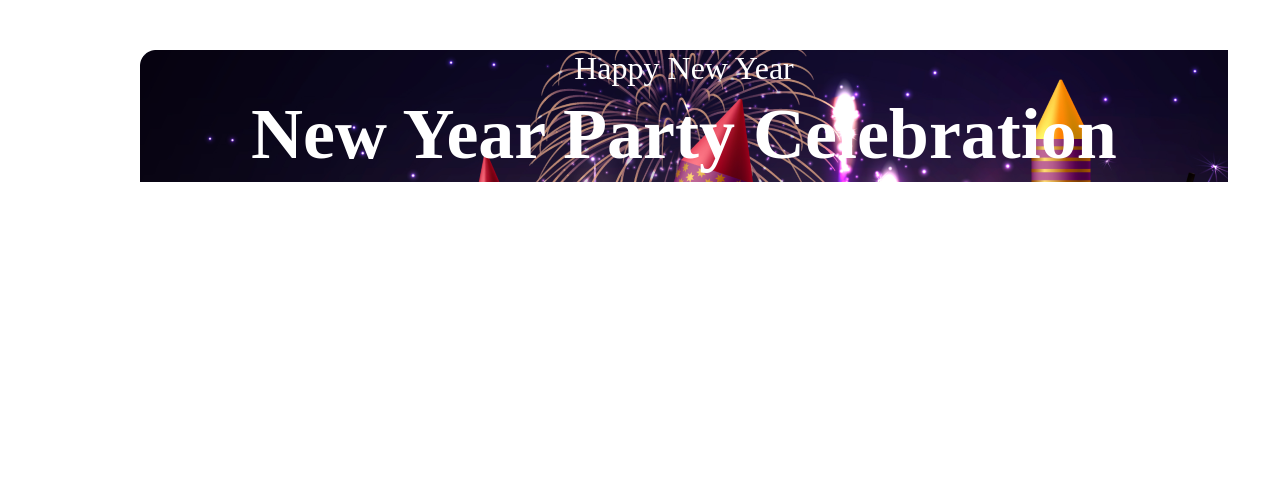
Repository: sumonkumarsarkar/new-year-2024
Page: index.html
These files come from the project's save history. The page is drawn as it stood at one moment and after the next save; the edit follows.
The browser window is 1280 px wide. The pictures show the whole page.

Above is the page before, as saved 2024-01-08 09:55:23.

### index.html
<!DOCTYPE html>
<html lang="en">
<head>
    <meta charset="UTF-8">
    <meta name="viewport" content="width=device-width, initial-scale=1.0">
    <title>Happy Nwe Year-2024</title>
    <link rel="preconnect" href="https://fonts.googleapis.com">
<link rel="preconnect" href="https://fonts.gstatic.com" crossorigin>
<link href="https://fonts.googleapis.com/css2?family=Inter:wght@100;200;300;500;600;700&display=swap" rel="stylesheet">
    <link rel="stylesheet" href="/style.css">
</head>
<body>

         <!-- banner-section start  -->
  <header>
    <div class="container banner">
            <div class="heading-text">
            <h4>Happy New Year</h4>
            <h3>New Year Party Celebration</h3>
            </div>

    </div>
  </header>
     <!-- banner-section end  -->
</body>
</html>

### style.css
*{
    margin: 0;
    padding: 0;
}
body{
    font-family: 'Inter', sans-serif;
}
 .container{
    max-width:1140px;
    width: 85%;
    margin: 0 auto;

 }
 .banner{
    background-image: url(./image/Banner\ Image.png);
    margin: 50px 140px;

 }
 .heading-text{
   text-align: center;
   justify-content: center;

 }
 .heading-text h3{
    color: #FFF;
    text-align: center;
    font-family: Merriweather;
    font-size: 72px;
    font-style: normal;
    font-weight: 900;
    line-height: 95px;
 }
 .heading-text h4{
    color: #FFF;
    text-align: center;
    font-family: Merriweather;
    font-size: 32px;
    font-style: normal;
    font-weight: 400;
    line-height: normal;
    padding: ;
 }

After the next save:
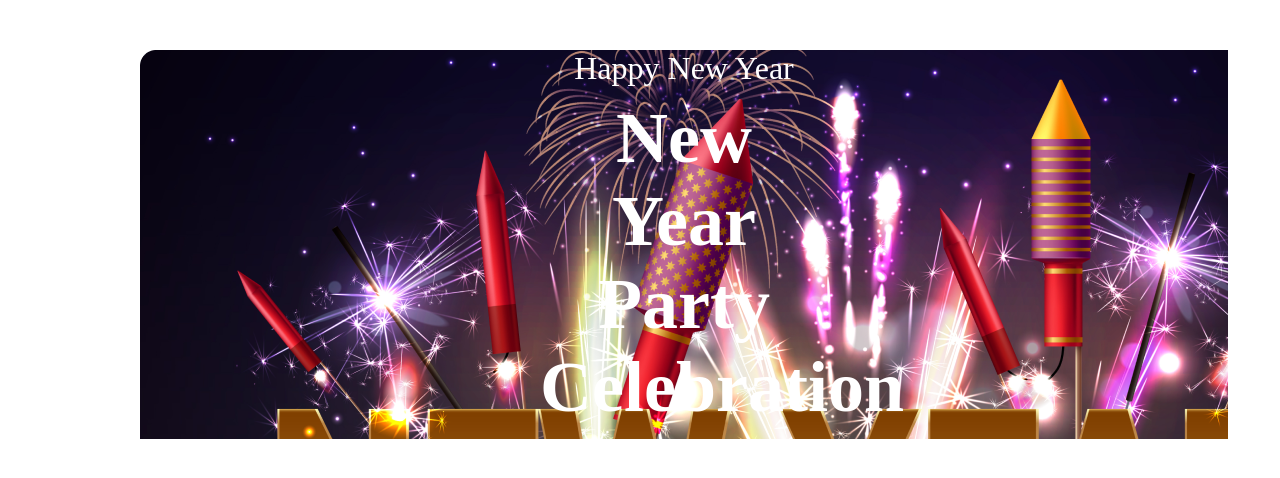
Saved 76 s later.
--- a/style.css
+++ b/style.css
@@ -28,7 +28,7 @@
     font-size: 72px;
     font-style: normal;
     font-weight: 900;
-    line-height: 95px;
+    padding: 10px 400px;
  }
  .heading-text h4{
     color: #FFF;
